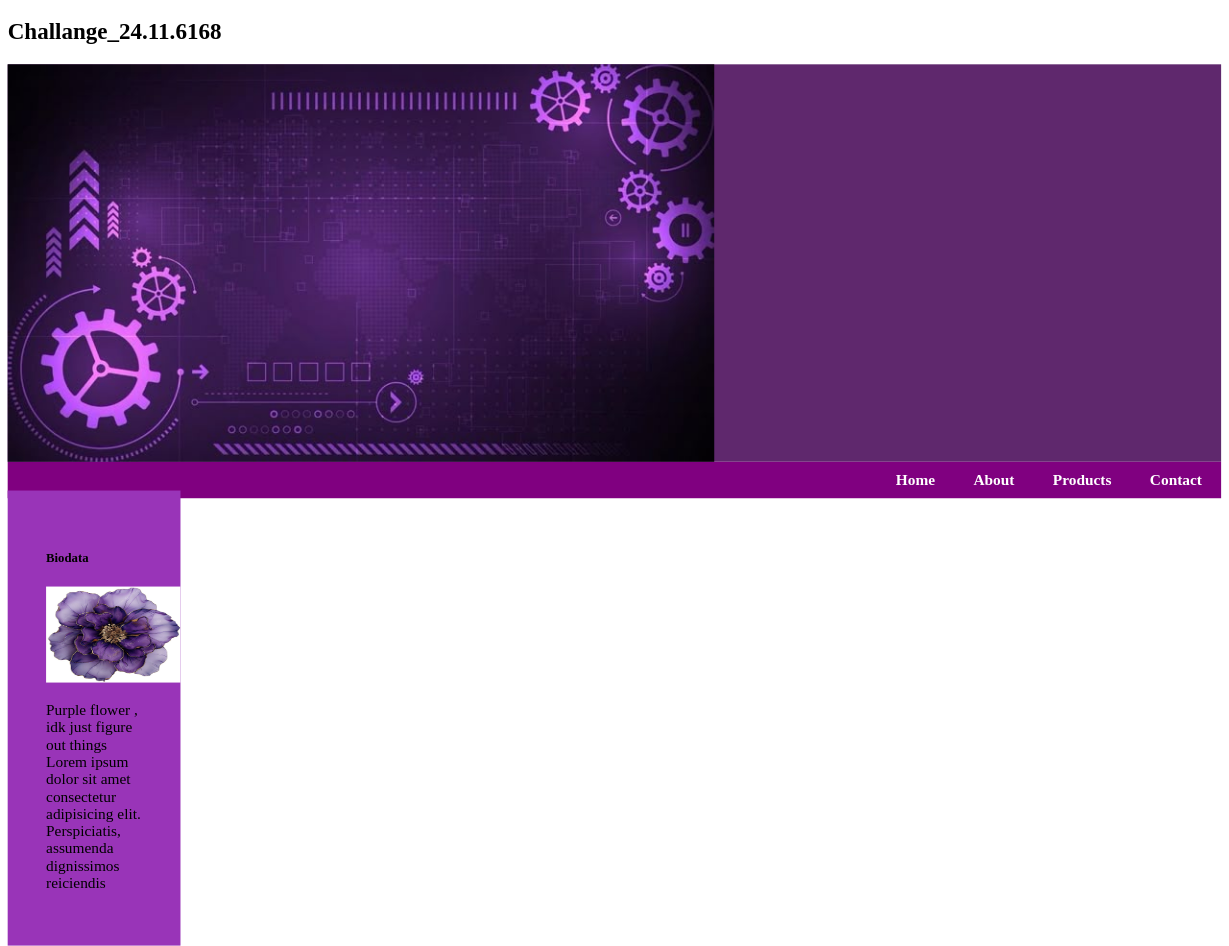
Repository: Ms-Ulfiyahrustam/p5_pemogramanweb
Page: index.html
An editor plug-in stored every save of this project. The page is shown before and after the next save, followed by the edit.
The browser window is 1280 px wide. The pictures show the whole page, at 96% of full size.

Above is the page before, as saved 2026-04-27 09:39:30.

### index.html
<!DOCTYPE html>
<html lang="en">
<head>
    <meta charset="UTF-8">
    <meta name="viewport" content="width=device-width, initial-scale=1.0">
    <link rel="stylesheet" href="style.css">
    <title>Document</title>
</head>
<body class="">
    <h2>Challange_24.11.6168</h2>
    <div class="flex-container">
        <img src="download.jpg" alt="">
    </div>
    <div class="leftside">
        <h5>Biodata</h5>
        <img src="purple.jpg" alt="" width="140" height="100" >
        <p>Purple flower , idk just figure out things <br>
            Lorem ipsum dolor sit amet consectetur adipisicing elit. Perspiciatis, assumenda dignissimos reiciendis  <br>
        </p>
    </div>
    <div class="midplace">
<nav class="menu">
  <ul>
    <li><a href="#">Home</a></li>
    <li><a href="#">About</a></li>
    <li><a href="#">Products</a></li>
    <li><a href="#">Contact</a></li>
  </ul>
</nav>
        </div>
</body>
</html>

### style.css


.flex-container{
    display: flex;
    background-color: rgb(95, 40, 109);
    margin: auto;
}

.leftside{

    float:left;
    background-color: rgb(153, 52, 184);
    margin-top: 30px;
    width:100px;
     padding: 40px;


}

leftside img{
    justify-content: center;
}

.rightside{

}

.midplace{
    background-color: purple;
    color: azure;

}

.menu {
  background-color: purple;
  padding: 10px 0;
}

.menu ul {
  display: flex;
  justify-content: right;
  list-style: none;
  margin: 0;
  padding: 0;
}

.menu li {
  margin: 0 20px;
}

.menu a {
  text-decoration: none;
  color: white;
  font-weight: bold;
}

After the next save:
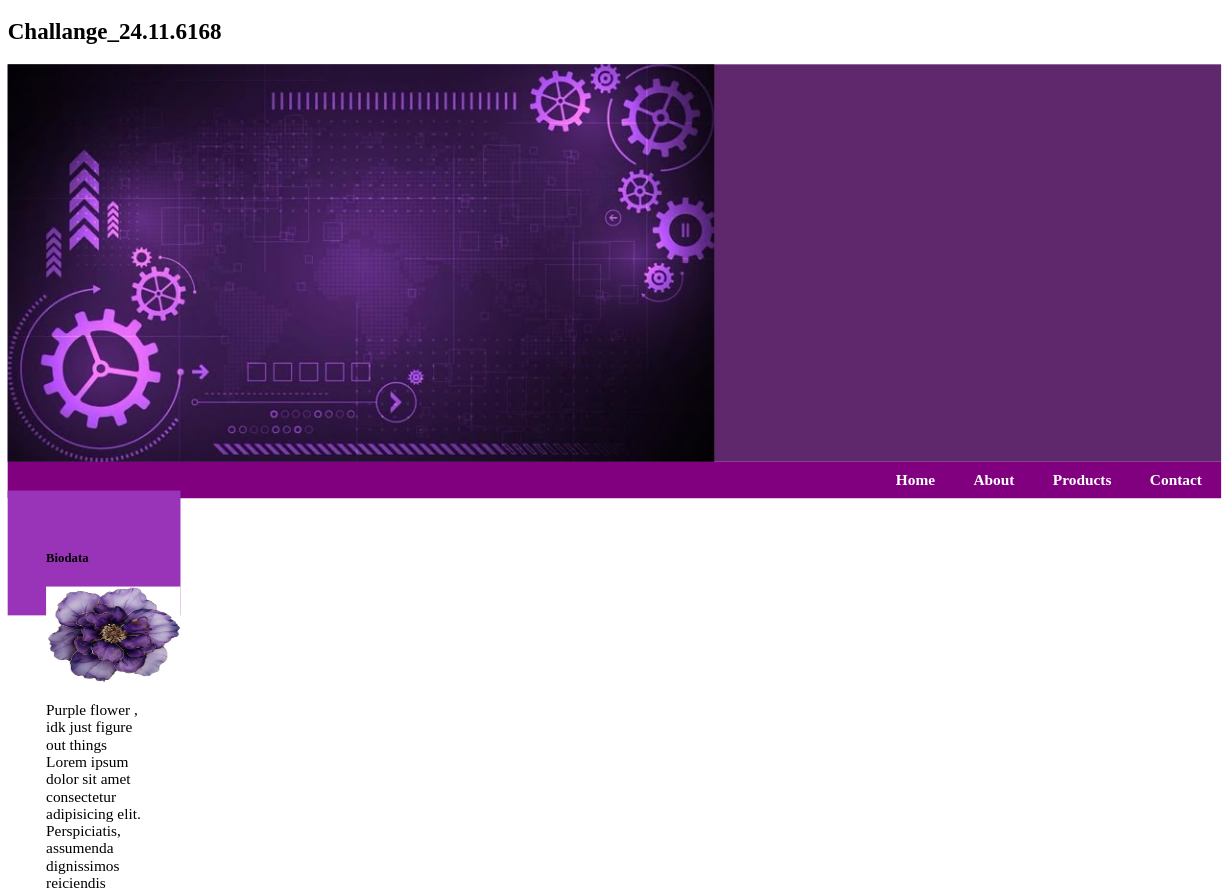
Saved 19 s later.
--- a/style.css
+++ b/style.css
@@ -12,7 +12,8 @@
     background-color: rgb(153, 52, 184);
     margin-top: 30px;
     width:100px;
-     padding: 40px;
+    height: 50px;
+    padding: 40px;
 
 
 }
